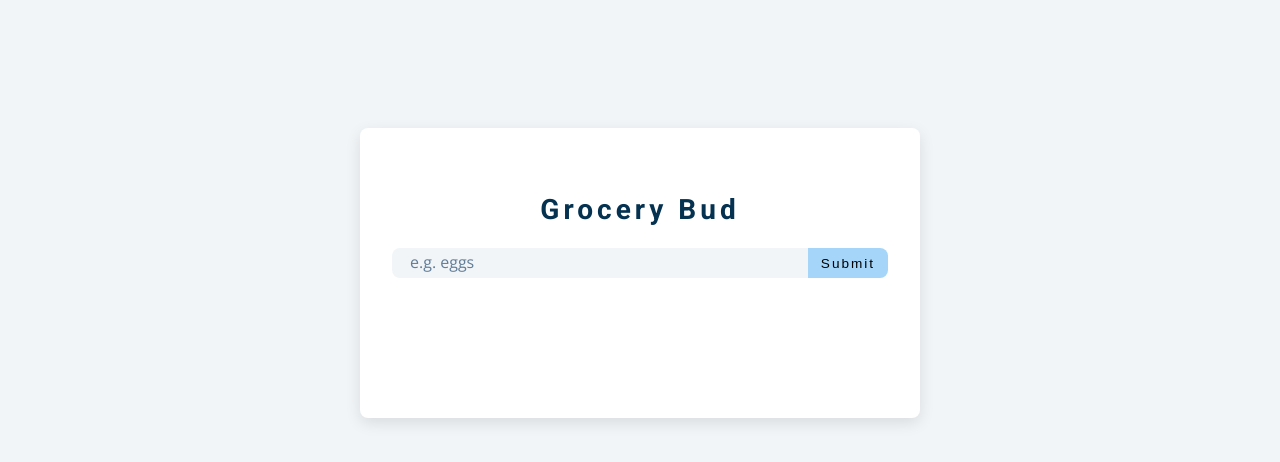
Repository: sunny070/javaScript
Page: Grogery_14/index.html
These files come from the project's save history. The page is drawn as it stood at one moment and after the next save; the edit follows.
The browser window is 1280 px wide. The pictures show the whole page.
Some web libraries are served in a nearby version.

Above is the page before, as saved 2023-10-31 11:57:52.

### Grogery_14/index.html
<!DOCTYPE html>
<html lang="en">
<head>
    <meta charset="UTF-8">
    <meta name="viewport" content="width=device-width, initial-scale=1.0">
    <title>Grocery Bud</title>
    <link
    rel="stylesheet"
    href="https://cdnjs.cloudflare.com/ajax/libs/font-awesome/5.14.0/css/all.min.css"
  />
    <link rel="stylesheet" href="style.css">
</head>
<body>
    <section class="section-center">
        <!-- form -->
        <form action="" class="grocery-form">
            <p class="alert"></p>
            <h3>grocery bud</h3>
            <div class="form-control">
                <input type="text" id="grocery" placeholder="e.g. eggs">
                <button type="submit" class="submit-btn">submit</button>
            </div>
        </form>
        <!-- list -->
        <div class="grocery-container">
            <div class="grocery-list">
                <article class="grocery-item">
                    <p class="title">item</p>
                    <div class="btn-container">
                        <button type="button" class="edit-btn">
                            <i class="fas fa-edit"></i>
                        </button>
                        <button type="button" class="delete-btn">
                            <i class="fas fa-trash"></i>
                        </button>
                    </div>
                </article>
            </div>
            <!-- button -->
            <button type="button" class="clear-btn">clear items</button>
        </div>
    </section>
    <script src="app.js"></script>
</body>
</html>

### Grogery_14/style.css
/*
===============
Fonts
===============
*/
@import url("https://fonts.googleapis.com/css?family=Open+Sans|Roboto:400,700&display=swap");

/*
===============
Variables
===============
*/

:root {
  /* dark shades of primary color*/
  --clr-primary-1: hsl(205, 86%, 17%);
  --clr-primary-2: hsl(205, 77%, 27%);
  --clr-primary-3: hsl(205, 72%, 37%);
  --clr-primary-4: hsl(205, 63%, 48%);
  /* primary/main color */
  --clr-primary-5: #49a6e9;
  /* lighter shades of primary color */
  --clr-primary-6: hsl(205, 89%, 70%);
  --clr-primary-7: hsl(205, 90%, 76%);
  --clr-primary-8: hsl(205, 86%, 81%);
  --clr-primary-9: hsl(205, 90%, 88%);
  --clr-primary-10: hsl(205, 100%, 96%);
  /* darkest grey - used for headings */
  --clr-grey-1: hsl(209, 61%, 16%);
  --clr-grey-2: hsl(211, 39%, 23%);
  --clr-grey-3: hsl(209, 34%, 30%);
  --clr-grey-4: hsl(209, 28%, 39%);
  /* grey used for paragraphs */
  --clr-grey-5: hsl(210, 22%, 49%);
  --clr-grey-6: hsl(209, 23%, 60%);
  --clr-grey-7: hsl(211, 27%, 70%);
  --clr-grey-8: hsl(210, 31%, 80%);
  --clr-grey-9: hsl(212, 33%, 89%);
  --clr-grey-10: hsl(210, 36%, 96%);
  --clr-white: #fff;
  --clr-red-dark: hsl(360, 67%, 44%);
  --clr-red-light: hsl(360, 71%, 66%);
  --clr-green-dark: hsl(125, 67%, 44%);
  --clr-green-light: hsl(125, 71%, 66%);
  --clr-black: #222;
  --ff-primary: "Roboto", sans-serif;
  --ff-secondary: "Open Sans", sans-serif;
  --transition: all 0.3s linear;
  --spacing: 0.25rem;
  --radius: 0.5rem;
  --light-shadow: 0 5px 15px rgba(0, 0, 0, 0.1);
  --dark-shadow: 0 5px 15px rgba(0, 0, 0, 0.2);
  --max-width: 1170px;
  --fixed-width: 620px;
}
/*
===============
Global Styles
===============
*/

*,
::after,
::before {
  margin: 0;
  padding: 0;
  box-sizing: border-box;
}
body {
  font-family: var(--ff-secondary);
  background: var(--clr-grey-10);
  color: var(--clr-grey-1);
  line-height: 1.5;
  font-size: 0.875rem;
}
ul {
  list-style-type: none;
}
a {
  text-decoration: none;
}
img:not(.logo) {
  width: 100%;
}
img {
  display: block;
}

h1,
h2,
h3,
h4 {
  letter-spacing: var(--spacing);
  text-transform: capitalize;
  line-height: 1.25;
  margin-bottom: 0.75rem;
  font-family: var(--ff-primary);
}
h1 {
  font-size: 3rem;
}
h2 {
  font-size: 2rem;
}
h3 {
  font-size: 1.25rem;
}
h4 {
  font-size: 0.875rem;
}
p {
  margin-bottom: 1.25rem;
  color: var(--clr-grey-5);
}
@media screen and (min-width: 800px) {
  h1 {
    font-size: 4rem;
  }
  h2 {
    font-size: 2.5rem;
  }
  h3 {
    font-size: 1.75rem;
  }
  h4 {
    font-size: 1rem;
  }
  body {
    font-size: 1rem;
  }
  h1,
  h2,
  h3,
  h4 {
    line-height: 1;
  }
}
/*  global classes */

.btn {
  text-transform: uppercase;
  background: transparent;
  color: var(--clr-black);
  padding: 0.375rem 0.75rem;
  letter-spacing: var(--spacing);
  display: inline-block;
  transition: var(--transition);
  font-size: 0.875rem;
  border: 2px solid var(--clr-black);
  cursor: pointer;
  box-shadow: 0 1px 3px rgba(0, 0, 0, 0.2);
  border-radius: var(--radius);
}
.btn:hover {
  color: var(--clr-white);
  background: var(--clr-black);
}
/* section */
.section {
  padding: 5rem 0;
}

.section-center {
  width: 90vw;
  margin: 0 auto;
  max-width: 35rem;
  margin-top: 8rem;
}
@media screen and (min-width: 992px) {
  .section-center {
    width: 95vw;
  }
}
main {
  min-height: 100vh;
  display: grid;
  place-items: center;
}
/*
===============
Grocery List
===============
*/
.section-center {
  background: var(--clr-white);
  border-radius: var(--radius);
  box-shadow: var(--light-shadow);
  transition: var(--transition);
  padding: 2rem;
}
.section-center:hover {
  box-shadow: var(--dark-shadow);
}
.alert {
  margin-bottom: 1rem;
  height: 1.25rem;
  display: grid;
  align-items: center;
  text-align: center;
  font-size: 0.7rem;
  border-radius: 0.25rem;
  letter-spacing: var(--spacing);
  text-transform: capitalize;
}
.alert-danger {
  color: #721c24;
  background: #f8d7da;
}
.alert-success {
  color: #155724;
  background: #d4edda;
}
.grocery-form h3 {
  color: var(--clr-primary-1);
  margin-bottom: 1.5rem;
  text-align: center;
}
.form-control {
  display: flex;
  justify-content: center;
}
#grocery {
  padding: 0.25rem;
  padding-left: 1rem;
  background: var(--clr-grey-10);
  border-top-left-radius: var(--radius);
  border-bottom-left-radius: var(--radius);
  border-color: transparent;
  font-size: 1rem;
  flex: 1 0 auto;
  color: var(--clr-grey-5);
}
#grocery::placeholder {
  font-family: var(--ff-secondary);
  color: var(--clr-grey-5);
}
.submit-btn {
  background: var(--clr-primary-8);
  border-color: transparent;
  flex: 0 0 5rem;
  display: grid;
  align-items: center;
  padding: 0.25rem;
  text-transform: capitalize;
  letter-spacing: 2px;
  border-top-right-radius: var(--radius);
  border-bottom-right-radius: var(--radius);
  cursor: pointer;
  content: var(--clr-primary-5);
  transition: var(--transition);
  font-size: 0.85rem;
}
.submit-btn:hover {
  background: var(--clr-primary-5);
  color: var(--clr-white);
}

.grocery-container {
  margin-top: 2rem;
  transition: var(--transition);
  visibility: hidden;
}
.show-container {
  visibility: visible;
}
.grocery-item {
  display: flex;
  align-items: center;
  justify-content: space-between;
  margin-bottom: 0.5rem;
  transition: var(--transition);
  padding: 0.25rem 1rem;
  border-radius: var(--radius);
  text-transform: capitalize;
}
.grocery-item:hover {
  color: var(--clr-grey-5);
  background: var(--clr-grey-10);
}
.grocery-item:hover .title {
  color: var(--clr-grey-5);
}
.title {
  margin-bottom: 0;
  color: var(--clr-grey-1);
  letter-spacing: 2px;
  transition: var(--transition);
}
.edit-btn,
.delete-btn {
  background: transparent;
  border-color: transparent;
  cursor: pointer;
  font-size: 0.7rem;
  margin: 0 0.15rem;
  transition: var(--transition);
}
.edit-btn {
  color: var(--clr-green-light);
}
.edit-btn:hover {
  color: var(--clr-green-dark);
}
.delete-btn {
  color: var(--clr-red-light);
}
.delete-btn:hover {
  color: var(--clr-red-dark);
}
.clear-btn {
  text-transform: capitalize;
  width: 10rem;
  height: 1.5rem;
  display: grid;
  align-items: center;
  background: transparent;
  border-color: transparent;
  color: var(--clr-red-light);
  margin: 0 auto;
  font-size: 0.85rem;
  letter-spacing: var(--spacing);
  cursor: pointer;
  transition: var(--transition);
  margin-top: 1.25rem;
}
.clear-btn:hover {
  color: var(--clr-red-dark);
}

### Grogery_14/app.js
// ****** SELECT ITEMS **********
const alert = document.querySelector('.alert');
const form = document.querySelector('.grocery-form');
const grocery = document.getElementById('grocery');
const submitBtn = document.querySelector('.submit-btn');
const container = document.querySelector('.grocery-container');
const list = document.querySelector('.grocery-list');
const clearBtn = document.querySelector('.clear-btn');




// edit option
let editElement;
let editFlag = false;
let editID = "";
// ****** EVENT LISTENERS **********
// submit form
form.addEventListener('submit',addItem)
// ****** FUNCTIONS **********
function addItem(e){
    e.preventDefault();
    const value = grocery.value;

    const id = new Date().getTime().toString()
    // console.log(id);
    if(value && !editFlag ){
        const element = document.createElement('article');
        //  add class
        element.classList.add('grocery-item');
        // add id
        const attr = document.createAttribute('data-id');
        attr.value = id;
        element.setAttributeNode(attr);
        element.innerHTML = ``
    }else if(value  && editFlag){
        console.log("editing");
    }else{
        displayAlert('please enter value',"danger")
    }
}
// display alert
function displayAlert(text,action){
    alert.textContent = text;
    alert.classList.add(`alert-${action}`);


    // remove alert
    setTimeout(function(){
        alert.textContent = '';
        alert.classList.remove(`alert-${action}`);
    },1000)
}
// ****** LOCAL STORAGE **********

// ****** SETUP ITEMS **********

After the next save:
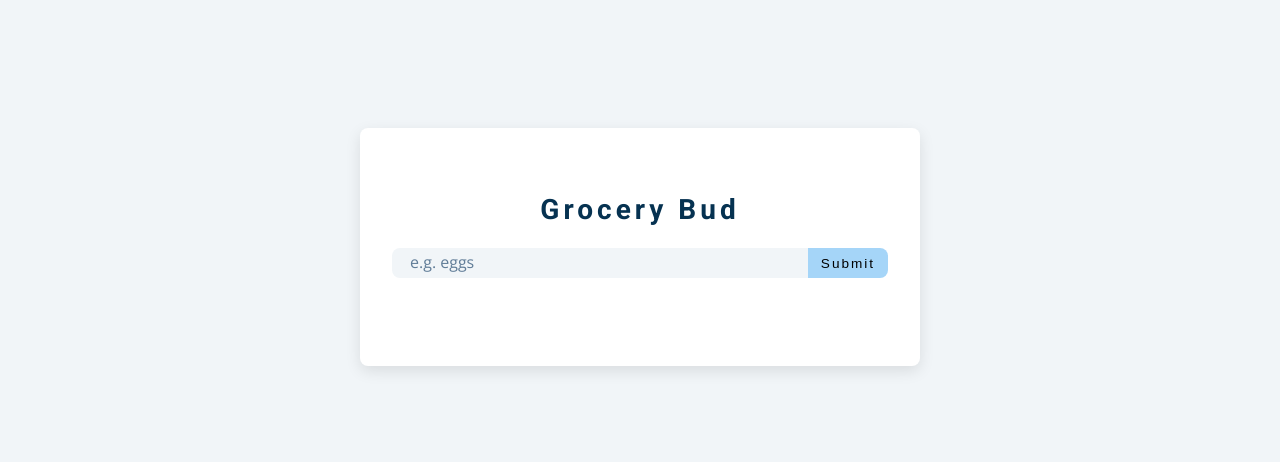
Saved 29 s later.
--- a/Grogery_14/index.html
+++ b/Grogery_14/index.html
@@ -24,7 +24,7 @@
         <!-- list -->
         <div class="grocery-container">
             <div class="grocery-list">
-                <article class="grocery-item">
+                <!-- <article class="grocery-item">
                     <p class="title">item</p>
                     <div class="btn-container">
                         <button type="button" class="edit-btn">
@@ -34,7 +34,7 @@
                             <i class="fas fa-trash"></i>
                         </button>
                     </div>
-                </article>
+                </article> -->
             </div>
             <!-- button -->
             <button type="button" class="clear-btn">clear items</button>
